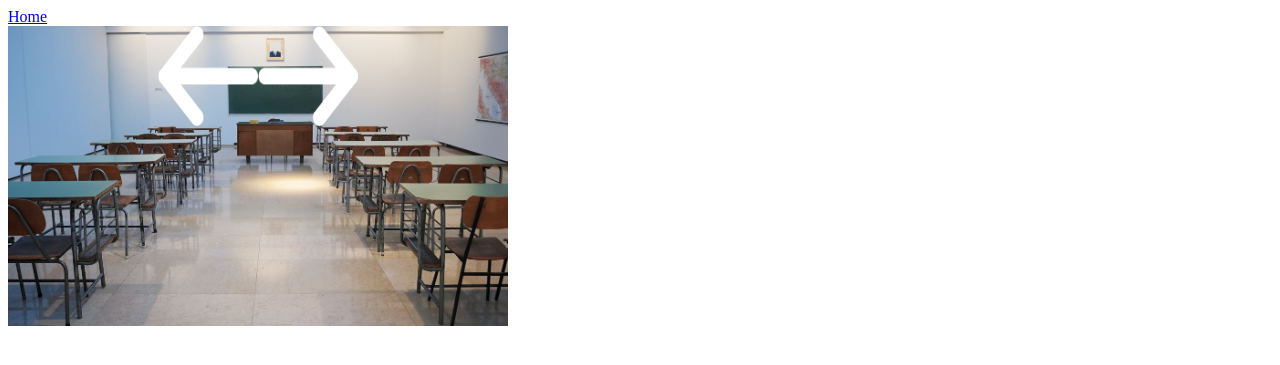
Repository: jjennbui/class8
Page: /carouselPage
These files come from the project's save history. The page is drawn as it stood at one moment and after a run of saves; the edit follows.
The browser window is 1280 px wide. The pictures show the whole page.
The project was rebuilt for these pictures with package versions that can differ from the ones it lists, and the page was loaded fresh each time. The framework's server and built-in components were replaced by stand-ins that run in the browser. Also part of the build but not shown: next.config.js.

Above is the page before, as saved 2023-02-20 18:21:42.

After the next 2 saves:
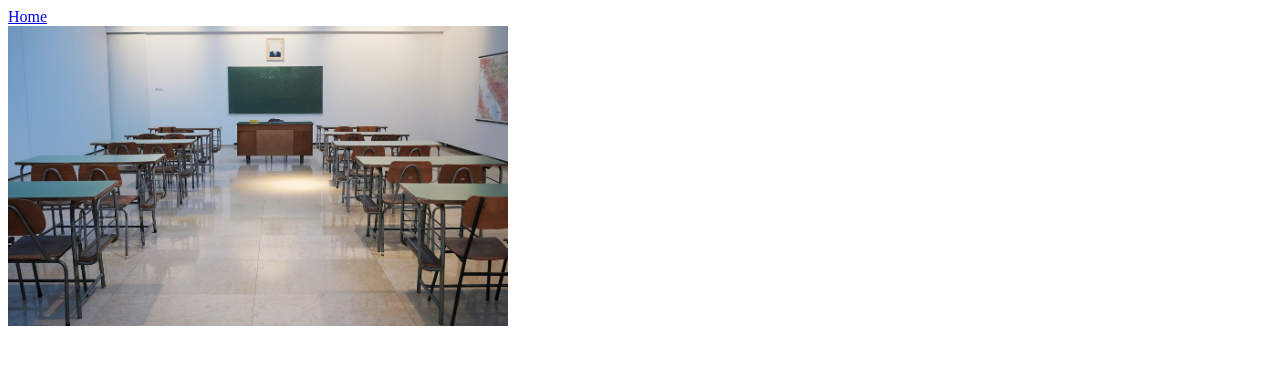
The 2 saves are shown as one change because they came seconds apart.
The last was saved 9 s later.
--- a/components/carousel/index.js
+++ b/components/carousel/index.js
@@ -27,15 +27,15 @@
     return (
         <>
         <div>
-
-        </div>
-            <div style={{
+        <div style={{
                 backgroundImage: "url(/carousel-images/" + img + ".jpg)",
                 backgroundSize: 'cover',
                 backgroundRepeat: "no-repeat",
                 width: 500,
                 height: 300
             }}>
+        </div>
+
 
                 <div className={styles.btn}>
 

After the 2 saves that followed:
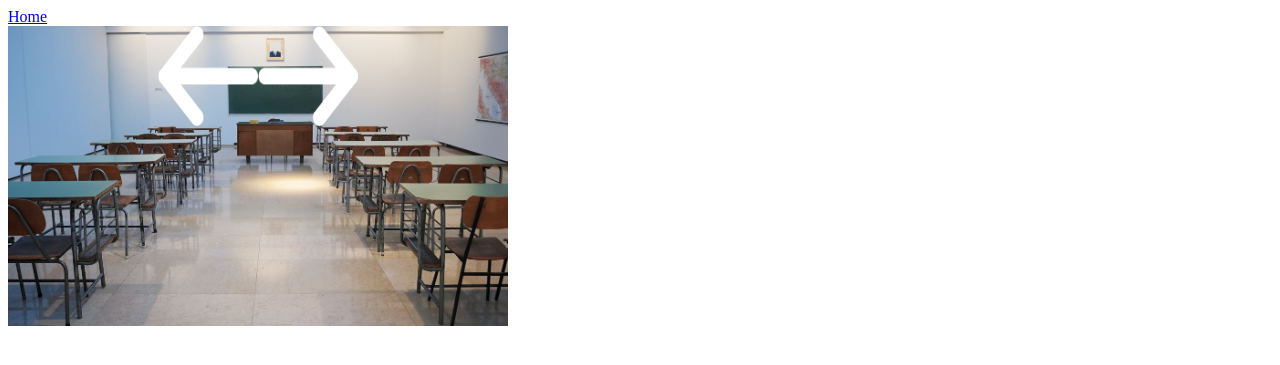
The 2 saves are shown as one change because they came seconds apart.
The last was saved 22 s later.
--- a/components/carousel/index.js
+++ b/components/carousel/index.js
@@ -26,16 +26,14 @@
 
     return (
         <>
-        <div>
-        <div style={{
+
+            <div style={{
                 backgroundImage: "url(/carousel-images/" + img + ".jpg)",
                 backgroundSize: 'cover',
                 backgroundRepeat: "no-repeat",
                 width: 500,
                 height: 300
             }}>
-        </div>
-
 
                 <div className={styles.btn}>
 
